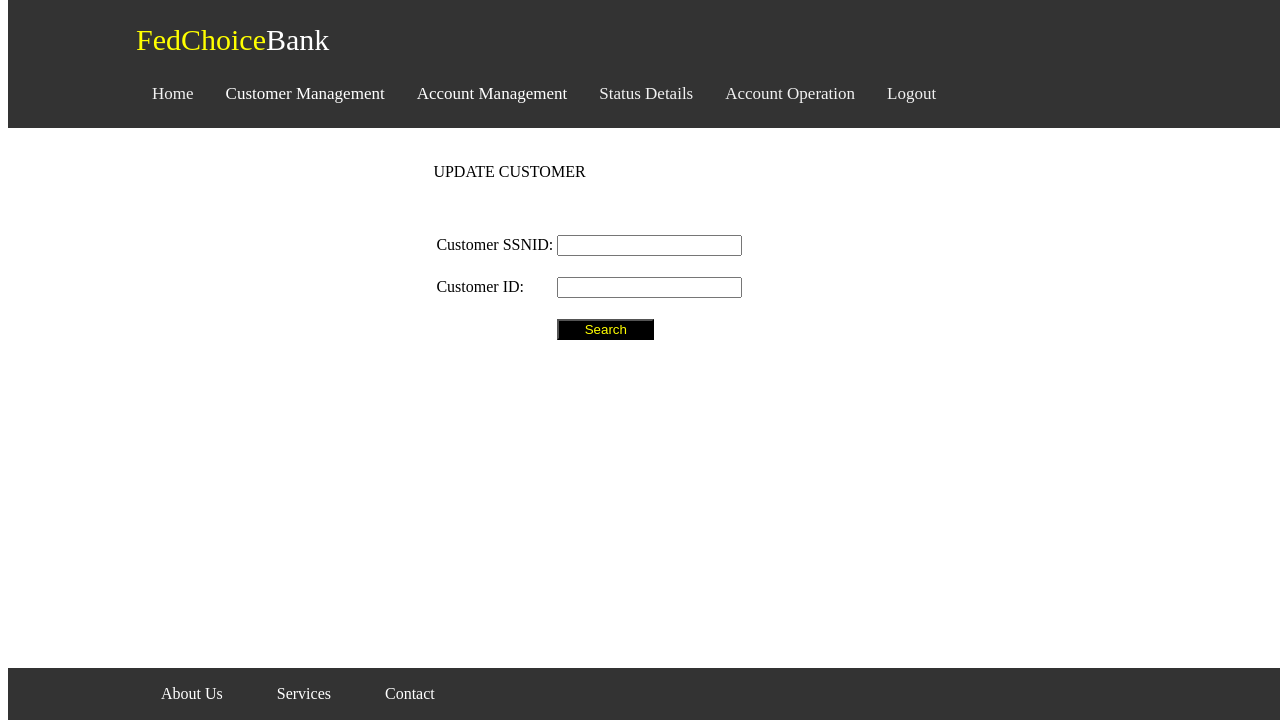
Repository: gopikavinod/RBM
Page: http://localhost/Retail_Bank_Management/updateCustomer.jsp
An editor plug-in stored every save of this project. The page is shown before and after the next save, followed by the edit.
The browser window is 1280 px wide. The pictures show the whole page.
The page is served by Tomcat 9. Other server files are loaded and not shown.

Above is the page before, as saved 2020-06-21 11:01:18.

### eclipse-workspace/Retail Bank Management/WebContent/updateCustomer.jsp
<%@ page language="java" contentType="text/html; charset=ISO-8859-1"
    pageEncoding="ISO-8859-1"
    import="com.bean.CustomerBean"
    %>
<!DOCTYPE html>
   <html>

      <head>
         <meta http-equiv="Content-Type"
            content="text/html; charset=windows-1256">

   <title>FedChoice Bank</title>
<style>
    /* Add some padding on document's body to prevent the content
    to go underneath the header and footer */
    body{
        padding-top: 60px;
        padding-bottom: 40px;
    }
    .container{
        width: 80%;
        margin: 0 auto; /* Center the DIV horizontally */
    }
    .fixed-header, .fixed-footer{
        width: 100%;
        position: fixed;
        background: #333;
        padding: 10px 0;
        color: #fff;
    }
    .fixed-header{
        top: 0;
    }
    .fixed-footer{
        bottom: 0;
    }
    /* Some more styles to beutify this example */
    nav a{
        color: #fff;
        text-decoration: none;
        padding: 7px 25px;
        display: inline-block;
    }
    .container p{
        line-height: 200px; /* Create scrollbar to test positioning */
    }
    p.detail
    {
    color:yellow;
    line-height: 0px;
    font-size: 30px
    }
    span.name{
    	color:white;
    	 font-size: 30px
    }
    tr
    {
    height: 40px;
    }
    span.aestric
    {
    color: red;
    }
    .topnav {
  overflow: hidden;
  background-color: #333;
}

.topnav a {
  float: left;
  display: block;
  color: #f2f2f2;
  text-align: center;
  padding: 14px 16px;
  text-decoration: none;
  font-size: 17px;
}
    .dropdown {
  float: left;
  overflow: hidden;
}
.dropdown .dropbtn {
  font-size: 17px;
  border: none;
  outline: none;
  color: white;
  padding: 14px 16px;
  background-color: inherit;
  font-family: inherit;
  margin: 0;
}

.dropdown-content {
  display: none;
  position: absolute;
  background-color: #f9f9f9;
  min-width: 160px;
  box-shadow: 0px 8px 16px 0px rgba(0,0,0,0.2);
  z-index: 1;
}

.dropdown-content a {
  float: none;
  color: black;
  padding: 12px 16px;
  text-decoration: none;
  display: block;
  text-align: left;
}

.topnav a:hover, .dropdown:hover .dropbtn {
  background-color: #555;
  color: white;
}

.dropdown-content a:hover {
  background-color: #ddd;
  color: black;
}

.dropdown:hover .dropdown-content {
  display: block;
}

</style>

</head>
<body>
    <div class="fixed-header">
        <div class="container">
            <nav>
          <p class="detail">FedChoice<span class="name">Bank</span></p>
          <div class="topnav" id="myTopnav">
                <a href="#">Home</a>
                <div class="dropdown">
    <button class="dropbtn">Customer Management
      <i class="fa fa-caret-down"></i>
    </button>
    <div class="dropdown-content">
      <a href="/Retail_Bank_Management/userLogged.jsp">Create Customer</a>
      <a href="/Retail_Bank_Management/updateCustomer.jsp">Update Customer</a>
      <a href="#">Delete Customer</a>
      <a href="#">View Customer Details</a>
    </div>
    </div>

   <div class="dropdown">
    <button class="dropbtn">Account Management
      <i class="fa fa-caret-down"></i>
    </button>
    <div class="dropdown-content">
      <a href="#">Add Account</a>
      <a href="#">Update Account</a>
      <a href="#">Delete Account</a>
      <a href="#">View Account Details</a>
    </div>
    </div>


                <a href="#">Status Details</a>
                <a href="#">Account Operation</a>
                <a href="#">Logout</a>
            </nav>
        </div>
    </div>
    <div class="container">
    <p>
    	<form action="UpdateCustomerServlete" name="updateCustomer"   enctype="multipart/form-data" style="margin-top: 95px;
    margin-left: 299px;" >
    <table>
    <tr colspan="2"> UPDATE CUSTOMER</tr>
<tr >
<td>Customer SSNID:</td>
<td><input type="text" id="cssnid" name="customerssnid" value="" > </td>
</tr>
<tr >
<td>Customer ID:</td>
<td><input type="text" id="custid" name="customerid" value=""> </td>
</tr>
<tr colspan="2" >
<td></td>
<td><input type="submit" value="Search" style="background-color: black;color: yellow ;width:97px"></td>
</tr>




<%-- <tr  style="visibility:hidden">
<td>Old Customer Name:</td>
<td><input type="text" id="cname" name="customername"  style="visibility:hidden" value="<%

CustomerBean updatecustomer = new CustomerBean();
String name="";
name=updatecustomer.getCustname();%>" readonly="readonly" > </td>
</tr>
<tr  style="visibility:hidden">
<td>New Customer Name<span class="aestric">*</span>:</td>
<td><input type="text" id="ncname" name="newcustname" value="" required="required" ></td>
</tr>
<tr  style="visibility:hidden">
<td>Old Address:</td>
<td> <input type="text" id="oaddress" name="customeroaddress" value=""  readonly="readonly"></td>
</tr>
<tr  style="visibility:hidden">
<td>New Address<span class="aestric">*</span>:</td>
<td> <input type="text" id="naddress" name="customernaddress" value="" required="required" ></td>
</tr>
<tr  style="visibility:hidden">
<td>Old Age:</td>
<td> <input type="text" id="oage" name="customeroage" value = "" readonly="readonly"></td>
</tr>
<tr  style="visibility:hidden">
<td>New Age<span class="aestric">*</span>:</td>
<td> <input type="text" id="nage" name="customernage" value="" required="required"></td>
</tr>
<tr   style="visibility:hidden">
<td style="color: red;"> (*)Fields are compulsory</td>

</tr>

<tr colspan="2"  style="visibility:hidden">
<td></td>
<td><input type="submit" value="Search" style="background-color: black;color: yellow ;width:97px"></td>
</tr> --%>

</table>

    	</form>
    	</p>
    	    </div>
    <div class="fixed-footer">
        <div class="container">
        <nav>

                <a href="#">About Us</a>
                <a href="#">Services</a>
                <a href="#">Contact</a>
        </nav>
        </div>
    </div>
</body>
   </html>

After the next save:
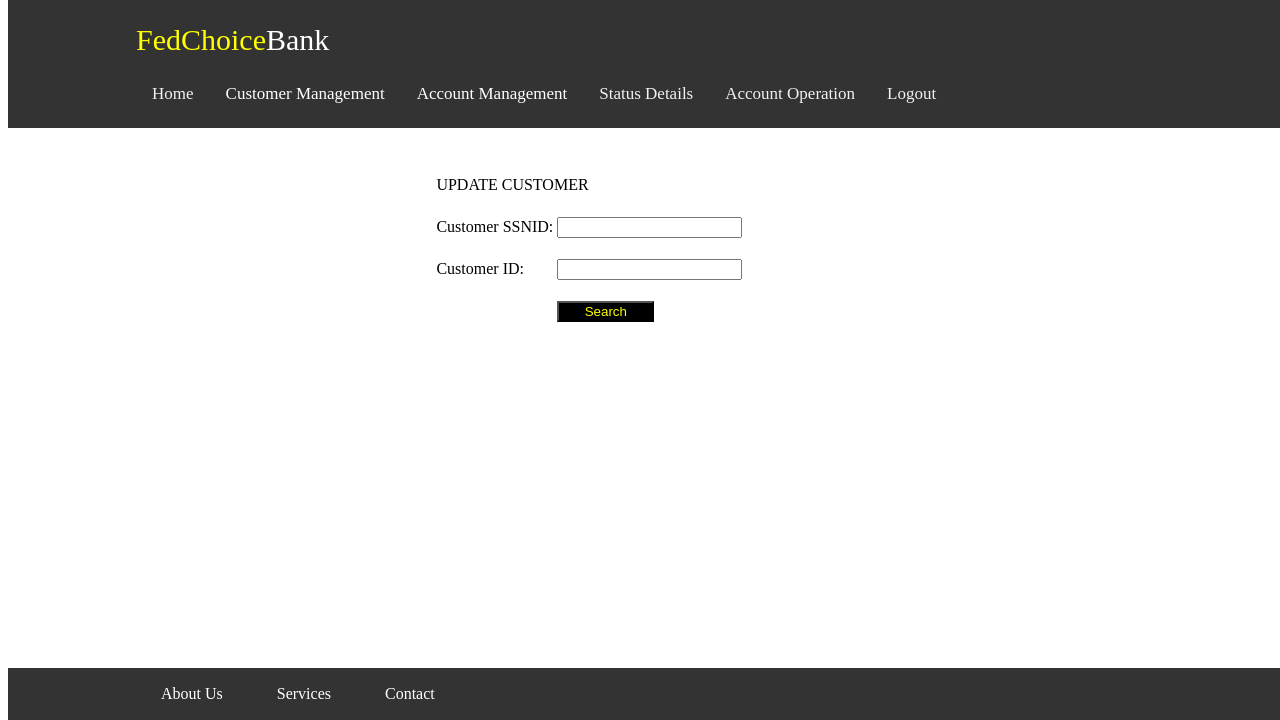
Saved 61 s later.
--- a/eclipse-workspace/Retail Bank Management/WebContent/updateCustomer.jsp
+++ b/eclipse-workspace/Retail Bank Management/WebContent/updateCustomer.jsp
@@ -169,7 +169,9 @@
     	<form action="UpdateCustomerServlete" name="updateCustomer"   enctype="multipart/form-data" style="margin-top: 95px;
     margin-left: 299px;" >
     <table>
-    <tr colspan="2"> UPDATE CUSTOMER</tr>
+    <tr >
+    <td colspan="2">UPDATE CUSTOMER</td>
+     </tr>
 <tr >
 <td>Customer SSNID:</td>
 <td><input type="text" id="cssnid" name="customerssnid" value="" > </td>
